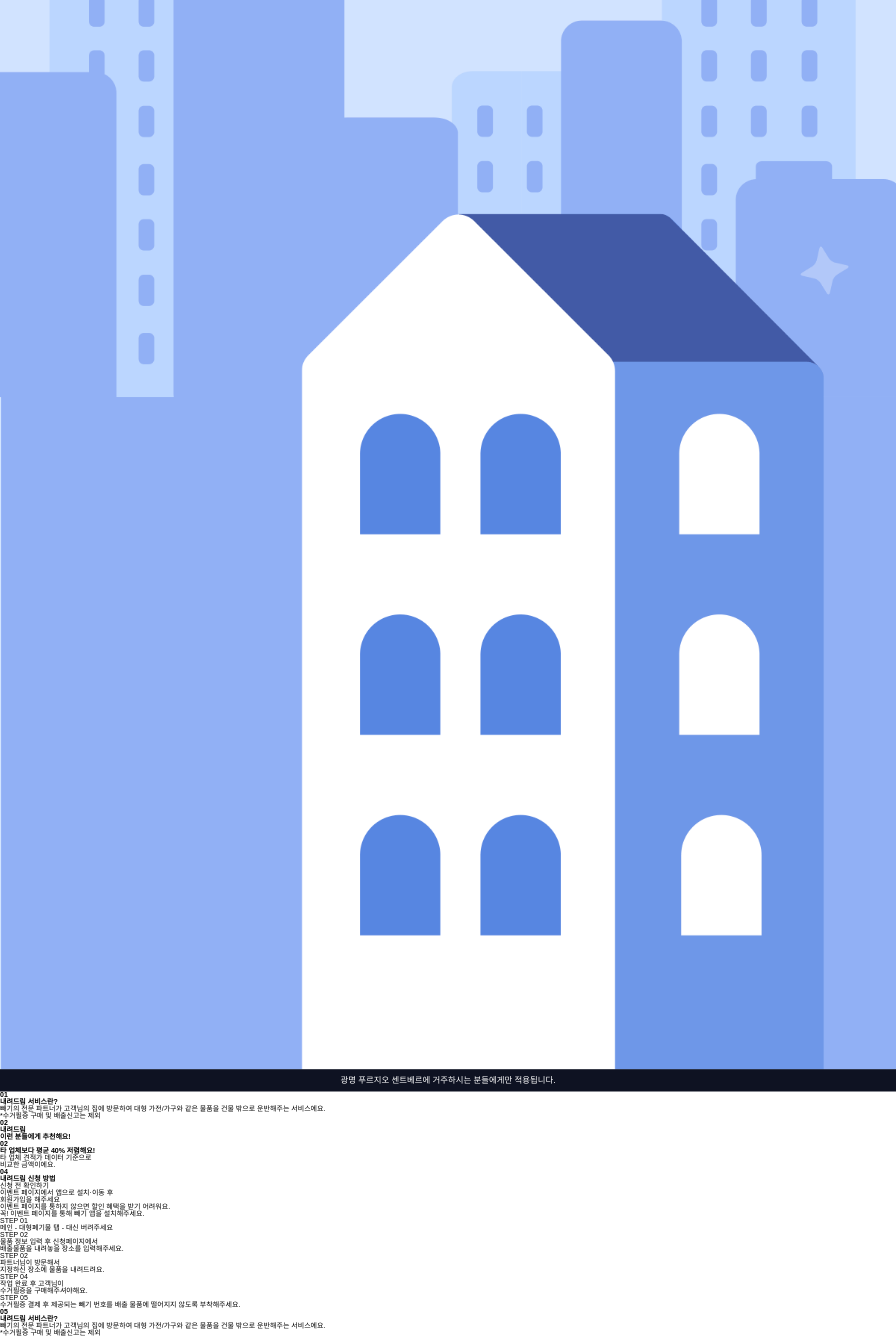
Repository: seraLeeDev/lgthinq-test
Page: index2.html
These files come from the project's save history. The page is drawn as it stood at one moment and after the next save; the edit follows.
The browser window is 1280 px wide. The pictures show the part of the page from y = 1915 to 3835 px (the page is 3825 px tall before and 3835 px after), at 70% of full size.
Some web fonts or font styles are not loaded; a fallback is used.

Above is the page before, as saved 2023-03-14 11:49:48.
Console error: ReferenceError: AOS is not defined

### index2.html
<!DOCTYPE html>
<html lang="ko">
  <head>
    <meta charset="UTF-8" />
    <meta http-equiv="X-UA-Compatible" content="IE=edge" />
    <meta name="viewport" content="width=device-width, initial-scale=1.0" />
    <title>빼기 | 새롭게 버리는 공식</title>
    <link as="style" rel="stylesheet" href="/css/reset.css" />
    <link as="style" rel="stylesheet" href="/css/font.css" />
    <link as="style" rel="stylesheet" href="/css/style.css" />
    <link href="https://unpkg.com/aos@2.3.1/dist/aos.css" rel="stylesheet" />
    <link
      rel="stylesheet"
      href="https://cdn.jsdelivr.net/gh/orioncactus/pretendard@v1.3.5/dist/web/static/pretendard-dynamic-subset.css"
    />
    <link
      rel="apple-touch-icon"
      sizes="57x57"
      href="/icons/apple-icon-57x57.png"
    />
    <link
      rel="apple-touch-icon"
      sizes="60x60"
      href="/icons/apple-icon-60x60.png"
    />
    <link
      rel="apple-touch-icon"
      sizes="72x72"
      href="/icons/apple-icon-72x72.png"
    />
    <link
      rel="apple-touch-icon"
      sizes="76x76"
      href="/icons/apple-icon-76x76.png"
    />
    <link
      rel="apple-touch-icon"
      sizes="114x114"
      href="/icons/apple-icon-114x114.png"
    />
    <link
      rel="apple-touch-icon"
      sizes="120x120"
      href="/icons/apple-icon-120x120.png"
    />
    <link
      rel="apple-touch-icon"
      sizes="144x144"
      href="/icons/apple-icon-144x144.png"
    />
    <link
      rel="apple-touch-icon"
      sizes="152x152"
      href="/icons/apple-icon-152x152.png"
    />
    <link
      rel="apple-touch-icon"
      sizes="180x180"
      href="/icons/apple-icon-180x180.png"
    />
    <link
      rel="icon"
      type="image/png"
      sizes="192x192"
      href="/icons/android-icon-192x192.png"
    />
    <link
      rel="icon"
      type="image/png"
      sizes="32x32"
      href="/icons/favicon-32x32.png"
    />
    <link
      rel="icon"
      type="image/png"
      sizes="96x96"
      href="/icons/favicon-96x96.png"
    />
    <link
      rel="icon"
      type="image/png"
      sizes="16x16"
      href="/icons/favicon-16x16.png"
    />
    <script type="text/javascript" src="/js/index.js"></script>
    <script src="https://unpkg.com/aos@2.3.1/dist/aos.js"></script>
  </head>
  <body>
    <div class="wrapper">
      <!-- 메인 -->
      <article class="article-box">
        <div class="full-img-box">
          <img src="./img/[LG ThinQ] main img.gif" alt="내려드림,할인드림" />
        </div>
        <div class="main-notice">
          <p>광명 푸르지오 센트베르에 거주하시는 분들에게만 적용됩니다.</p>
        </div>
      </article>
      <!-- ThinQ & 빼기 설명 -->
      <article></article>
      <!-- 내려드림 소개 -->
      <article>
        <!-- 01. 내려드림 서비스란? -->
        <section>
          <b>01</b>
          <h2>내려드림 서비스란?</h2>
          <p>
            빼기의 전문 파트너가 고객님의 집에 방문하여 대형 가전/가구와 같은
            물품을 건물 밖으로 운반해주는 서비스에요.
          </p>
          <small>*수거필증 구매 및 배출신고는 제외</small>
          <div></div>
        </section>
        <!-- 02. 내려드림 추천 -->
        <section>
          <b>02</b>
          <h2>
            <span>내려드림</span><br />
            이런 분들에게 추천해요!
          </h2>

          <div></div>
          <div></div>
          <div></div>
        </section>
        <!-- 03. 가격 설명 -->
        <section>
          <b>02</b>
          <h2>타 업체보다 <span>평균 40% 저렴</span>해요!</h2>
          <p>
            타 업체 견적가 데이터 기준으로<br />
            비교한 금액이에요.
          </p>
          <div></div>
          <div></div>
        </section>
        <!-- 04. 내려드림 신청 방법 -->
        <section>
          <b>04</b>
          <h2>내려드림 신청 방법</h2>
          <div>
            <span>신청 전 확인하기</span>
            <p>
              이벤트 페이지에서 앱으로 설치·이동 후 <br />회원가입을 해주세요
            </p>
          </div>
          <div>
            <small
              >이벤트 페이지를 통하지 않으면 할인 혜택을 받기 어려워요.<br />
              꼭! 이벤트 페이지를 통해 빼기 앱을 설치해주세요.</small
            >
          </div>
          <div>
            <span>STEP 01</span>
            <p>메인 - 대형폐기물 탭 - 대신 버려주세요</p>
          </div>

          <div>
            <span>STEP 02</span>
            <p>
              물품 정보 입력 후 신청페이지에서<br />
              배출물품을 내려놓을 장소를 입력해주세요.
            </p>
          </div>
          <div>
            <span>STEP 02</span>
            <p>
              파트너님이 방문해서<br />
              지정하신 장소에 물품을 내려드려요.
            </p>
          </div>
          <div>
            <span>STEP 04</span>
            <p>
              작업 완료 후 고객님이<br />
              수거필증을 구매해주셔야해요.
            </p>
          </div>
          <div>
            <span>STEP 05</span>
            <p>
              수거필증 결제 후 제공되는 빼기 번호를 배출 물품에 떨어지지 않도록
              부착해주세요.
            </p>
          </div>
        </section>
      </article>
      <!-- 05 : 자주묻는 질문-->
      <article>
        <section>
          <b>05</b>
          <h2>내려드림 서비스란?</h2>
          <p>
            빼기의 전문 파트너가 고객님의 집에 방문하여 대형 가전/가구와 같은
            물품을 건물 밖으로 운반해주는 서비스에요.
          </p>
          <small>*수거필증 구매 및 배출신고는 제외</small>
          <div></div>
        </section>
      </article>
      <!-- 플로팅 버튼 -->
      <div class="btn-float"></div>
      <footer></footer>
    </div>
  </body>
</html>

### css/font.css
@charset "UTF-8";

@font-face {
  font-family: "Pretendard";
  src: url("https://cdn.jsdelivr.net/gh/orioncactus/pretendard@v1.3.5/dist/web/static/pretendard-dynamic-subset.css");
}

@font-face {
  font-family: "HGSoftGGothicssi";
  font-style: normal;
  font-weight: 100;
  src: url(/font/HGSoftGGothicssi-00g.woff2) format("woff2"),
    url(/font/HGSoftGGothicssi-00g.woff) format("woff"),
    url(/font/HGSoftGGothicssi-00g.otf) format("opentype");
}

@font-face {
  font-family: "HGSoftGGothicssi";
  font-style: normal;
  font-weight: 200;
  src: url(/font/HGSoftGGothicssi-20g.woff2) format("woff2"),
    url(/font/HGSoftGGothicssi-20g.woff) format("woff"),
    url(/font/HGSoftGGothicssi-20g.otf) format("opentype");
}

@font-face {
  font-family: "HGSoftGGothicssi";
  font-style: normal;
  font-weight: 400;
  src: url(/font/HGSoftGGothicssi-40g.woff2) format("woff2"),
    url(/font/HGSoftGGothicssi-40g.woff) format("woff"),
    url(/font/HGSoftGGothicssi-40g.otf) format("opentype");
}

@font-face {
  font-family: "HGSoftGGothicssi";
  font-style: normal;
  font-weight: 600;
  src: url(/font/HGSoftGGothicssi-60g.woff2) format("woff2"),
    url(/font/HGSoftGGothicssi-60g.woff) format("woff"),
    url(/font/HGSoftGGothicssi-60g.otf) format("opentype");
}

@font-face {
  font-family: "HGSoftGGothicssi";
  font-style: normal;
  font-weight: 800;
  src: url(/font/HGSoftGGothicssi-80g.woff2) format("woff2"),
    url(/font/HGSoftGGothicssi-80g.woff) format("woff"),
    url(/font/HGSoftGGothicssi-80g.otf) format("opentype");
}

@font-face {
  font-family: "HGSoftGGothicssi";
  font-style: normal;
  font-weight: 900;
  src: url(/font/HGSoftGGothicssi-90g.woff2) format("woff2"),
    url(/font/HGSoftGGothicssi-90g.woff) format("woff"),
    url(/font/HGSoftGGothicssi-90g.otf) format("opentype");
}

### css/style.css
@charset "UTF-8";
/* typo style */
html,
body,
.wrapper {
  font-family: "Pretendard", sans-serif !important;
  font-size: 10px; /*1rem: 10px*/
}
.wrapper .GGothic {
  font-family: "HGSoftGGothicssi", sans-serif !important;
}

.font-semiBold {
  font-weight: 600 !important;
}

.font-bold {
  font-weight: 800 !important;
}

.font-extraBold {
  font-weight: 900 !important;
}

/* Box style */
.full-img-box {
  width: 100%;
}
.full-img-box img {
  width: 100%;
  vertical-align: bottom;
}

/* article 1 style */
.main-notice {
  width: 100%;
  padding: 10px 0;
  background: #0e1222;
}

.main-notice p {
  width: 100%;
  text-align: center;
  font-size: 1.2rem;
  color: #fff;
}
/* article 2 style */
/* article 3 style */
/* article 4 style */
/* article 5 style */

Loaded but not shown: css/reset.css (common file); js/index.js (common file)

After the next save:
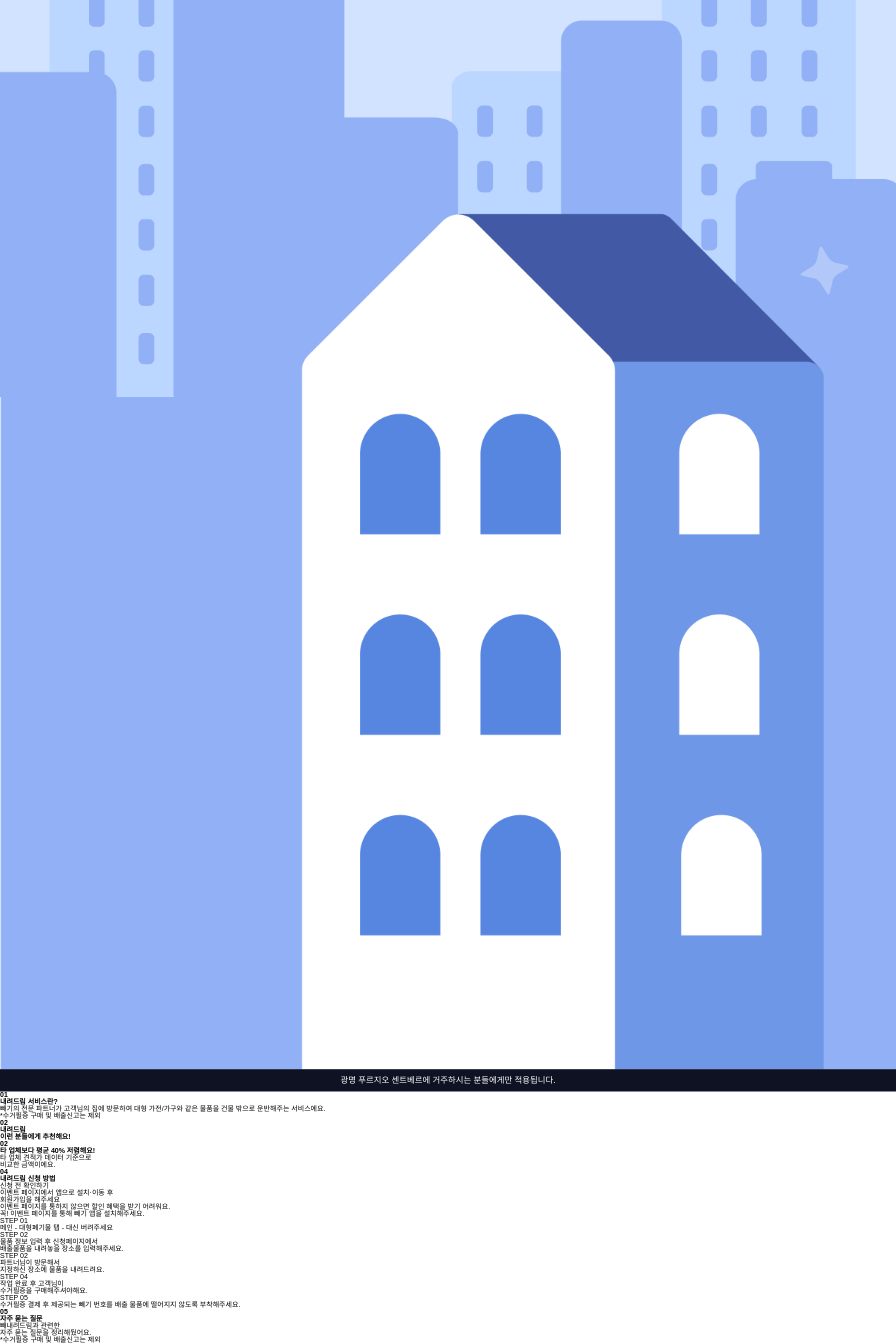
Saved 21 s later.
--- a/index2.html
+++ b/index2.html
@@ -189,10 +189,10 @@
       <article>
         <section>
           <b>05</b>
-          <h2>내려드림 서비스란?</h2>
+          <h2>자주 묻는 질문</h2>
           <p>
-            빼기의 전문 파트너가 고객님의 집에 방문하여 대형 가전/가구와 같은
-            물품을 건물 밖으로 운반해주는 서비스에요.
+            빼내려드림과 관련한<br />
+            자주 묻는 질문을 정리해뒀어요.
           </p>
           <small>*수거필증 구매 및 배출신고는 제외</small>
           <div></div>
